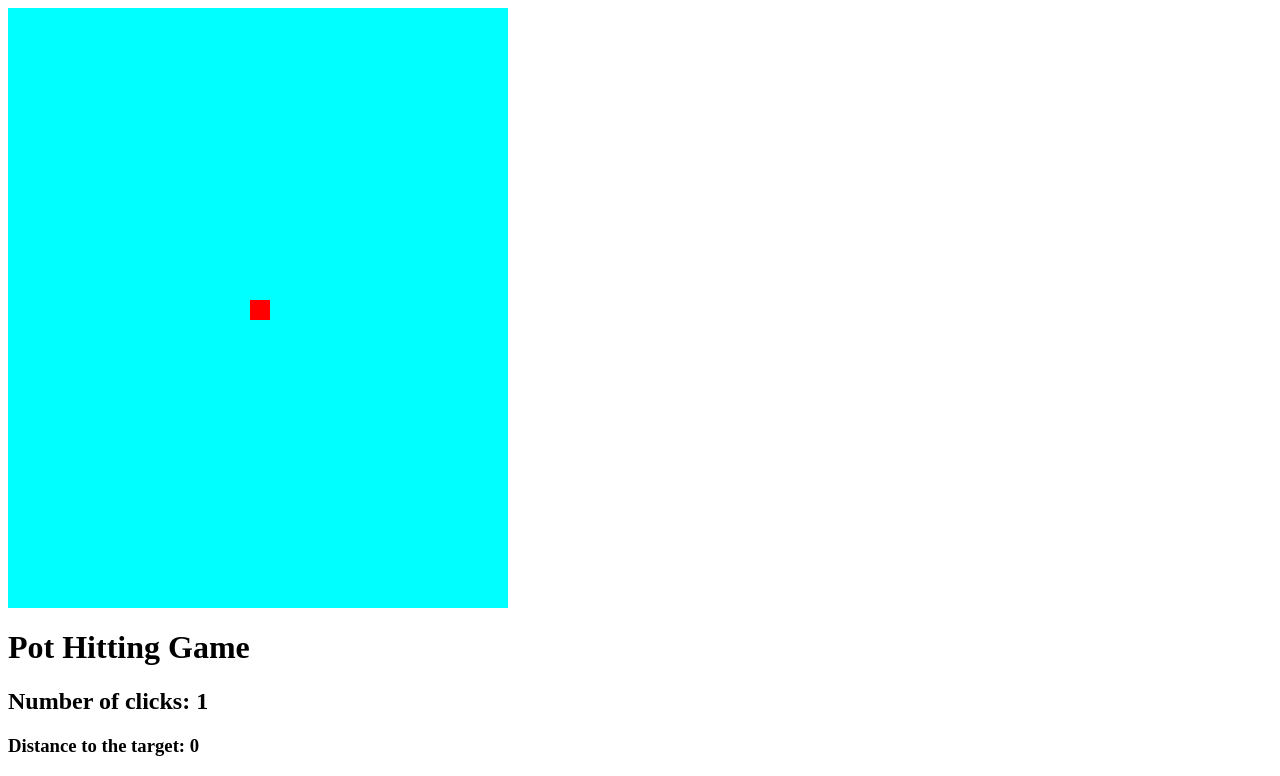
Repository: manojsatya/Web_development
Page: PotHitting_game/index.html
An editor plug-in stored every save of this project. The page is shown before and after the next save, followed by the edit.
The browser window is 1280 px wide. The pictures show the whole page.
After loading, the first visible `div.playarea` was clicked once.

Above is the page before, as saved 2019-06-03 12:49:10.

### PotHitting_game/index.html
<!DOCTYPE html>
<html lang="en">
<head>
    <meta charset="UTF-8">
    <meta name="viewport" content="width=device-width, initial-scale=1.0">
    <meta http-equiv="X-UA-Compatible" content="ie=edge">
    <title>Pot Hitting Game</title>

    <link rel="stylesheet" href="potplay.css">
</head>
<body>


    <div onclick="showCoords(event)" class="playarea">  </div>
    <div class="target"></div>

    <div class="info">
            <h1 class="head">Pot Hitting Game</h1>
            <h2> Number of clicks: <span id="clicks">0</span></h2>
            <h3>Distance to the target: <span id="dist">0</span></h3>

    </div>




    <!-- <h2 onclick="showCoords(event)">Click this heading to get the x (horizontal) and y (vertical) coordinates of the mouse pointer when it was clicked.</h2>

    <p><strong>Tip:</strong> Try to click different places in the heading.</p>
 -->
    <p id="demo"></p>

    <script src="potplay.js"></script>


</body>
</html>

### PotHitting_game/potplay.css
.playarea{
    margin: 0;
    width: 500px;
    height: 600px;
    background-color: aqua;
    text-align: center;
    left: 0;



}


.info{
    display: inline;
}

.target{
    position: absolute;
    width: 20px;
    height: 20px;
    background-color:red;
    top: 300px;
    left: 250px;

}

### PotHitting_game/potplay.js
var playarea = document.querySelector(".playarea");
var targetarea = document.querySelector(".target");
var clicktext = document.getElementById("clicks");
var x;
var y;
var xPot = 250;
var yPot = 300;
var showDist = document.getElementById("dist");



var clickCount = 0;

playarea.addEventListener("click", function(){
    clickCount++ ;
    clicktext.textContent = clickCount;
    xClick = event.clientX;
    yClick = event.clientY;
    var distance = Math.sqrt(Math.pow(xPot - xClick, 2) + Math.pow(yPot - yClick, 2));
    console.log(distance);

});

targetarea.addEventListener("click", function(){
    alert("Clicked the target area");
});

function showCoords(event) {
    x = event.clientX;
    y = event.clientY;
    var coords = "X coords: " + x + ", Y coords: " + y;

    console.log(coords);

    //document.getElementById("demo").innerHTML = coords;
  }

function getDistance(xPot, xClick, yPot, yClick){
    var distance = Math.sqrt(Math.pow(xPot - xClick, 2) + Math.pow(yPot - yClick, 2));
    return distance;
}

After the next save:
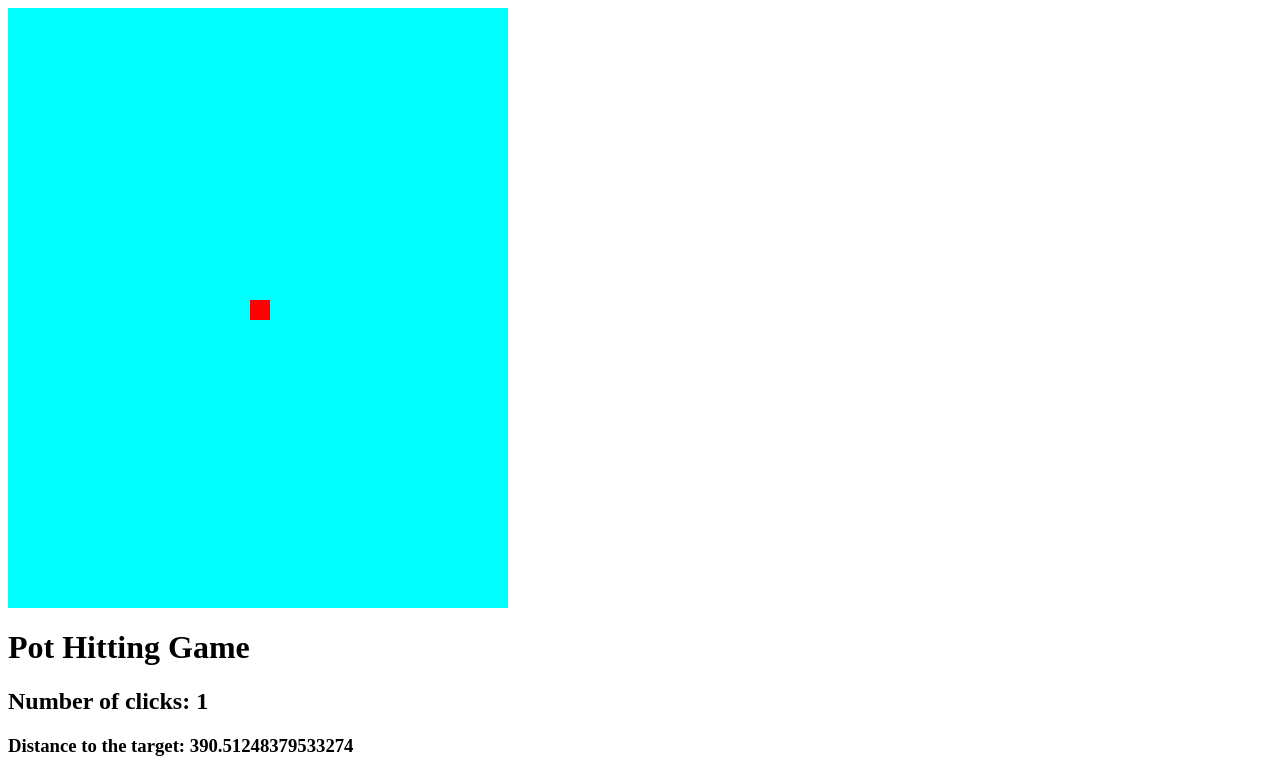
Saved 31 s later.
--- a/PotHitting_game/potplay.js
+++ b/PotHitting_game/potplay.js
@@ -17,7 +17,7 @@ playarea.addEventListener("click", function(){
     xClick = event.clientX;
     yClick = event.clientY;
     var distance = Math.sqrt(Math.pow(xPot - xClick, 2) + Math.pow(yPot - yClick, 2));
-    console.log(distance);
+    showDist.textContent = distance;
 
 });
 
